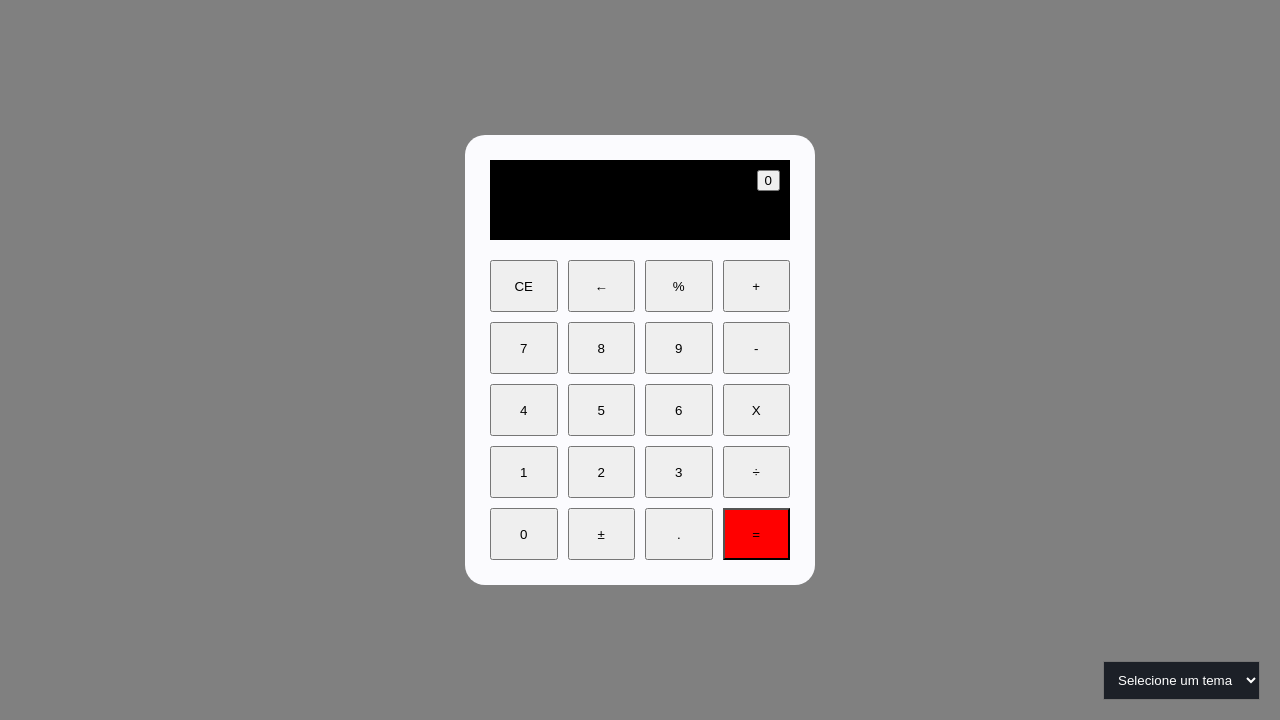
Repository: thislucasme/changing-theme-color-html-css-js
Page: index.html
These files come from the project's save history. The page is drawn as it stood at one moment and after the next save; the edit follows.
The browser window is 1280 px wide. The pictures show the whole page.

Above is the page before, as saved 2022-06-29 16:13:55.

After the next save:
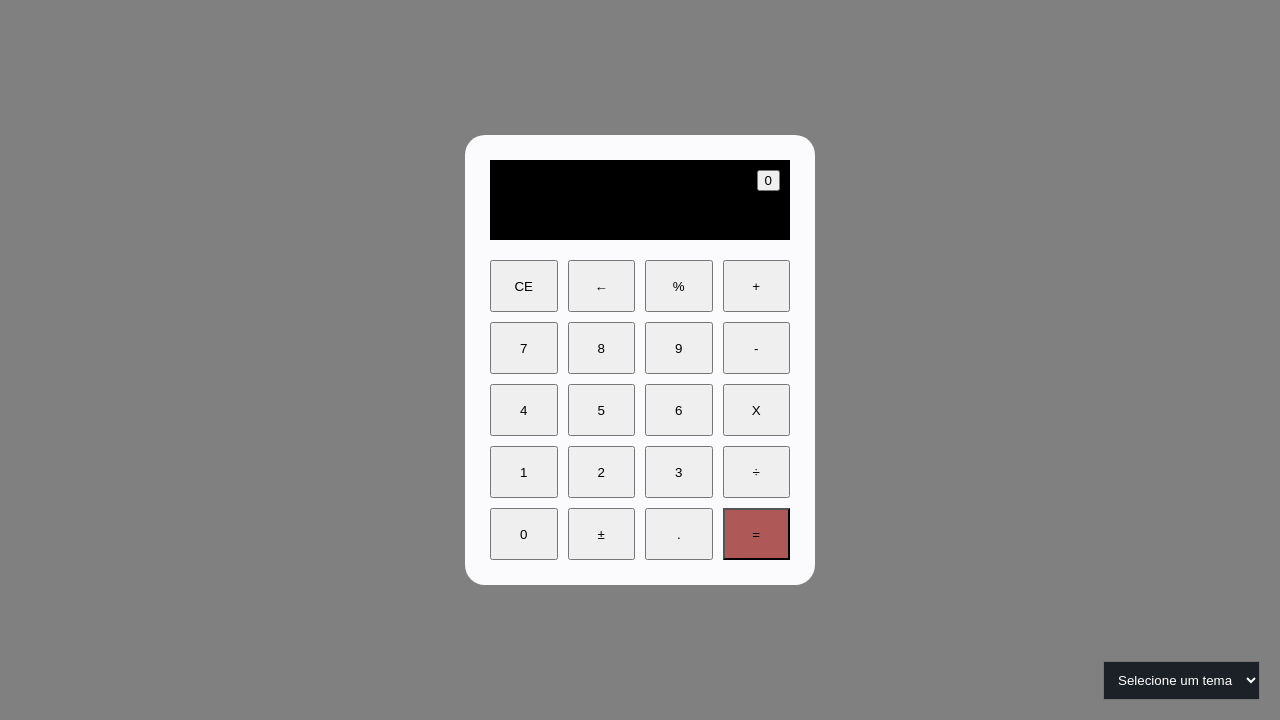
Saved 9 s later.
--- a/css/estilo.css
+++ b/css/estilo.css
@@ -39,7 +39,7 @@ html {
 }
 
 #igual {
-    background-color: red;
+    background-color: rgb(175, 88, 88);
 }
 
 
